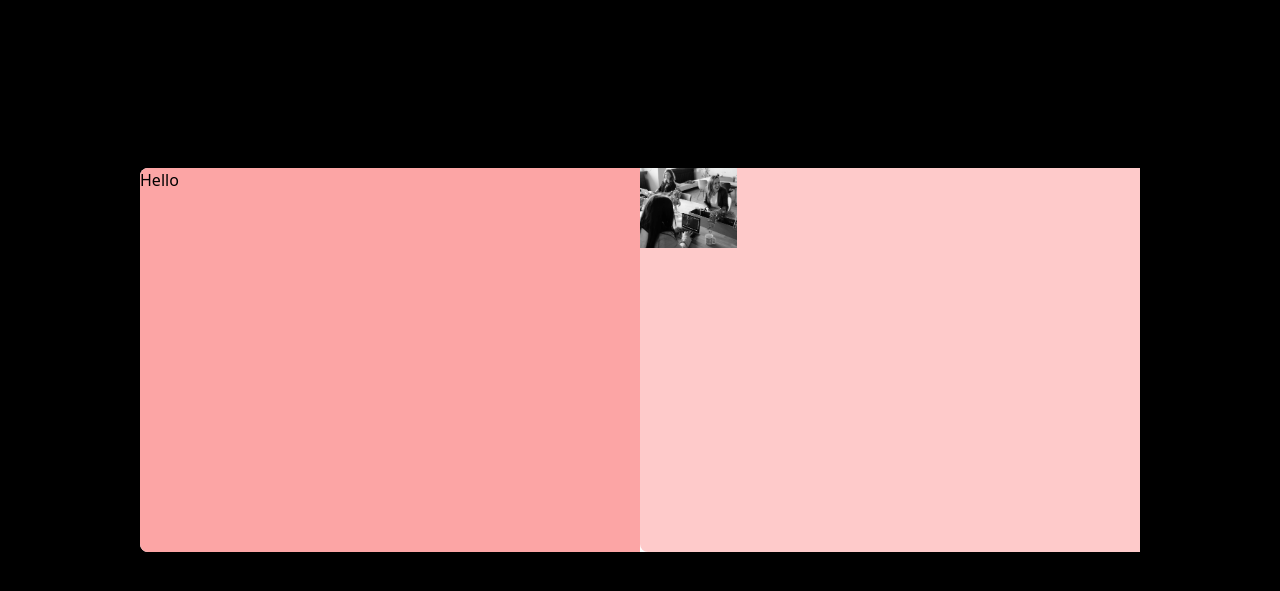
Repository: BerlinWebDev/FrontendMaster_PreviewMentor
Page: /
The author's editor kept a copy of each file at every save. The page is drawn from the files as they stood at one save, then again after the next save.
The browser window is 1280 px wide. The pictures show the whole page.
The project was rebuilt for these pictures with package versions that can differ from the ones it lists, and the page was loaded fresh each time.

Above is the page before, as saved 2023-11-11 01:24:40.

### src/App.js
import Image from "./assets/image-header-desktop.jpg";

function App() {
  return (
    <>
      <header>
        <title>Challenge</title>
        <meta name="description" content="Challenge" />
        <link rel="icon" href="/favicon.ico" />
      </header>
      <main className="flex min-h-screen flex-col items-center justify-center bg-black">
        <div className="flex h-96 w-[1000px] rounded-lg bg-white">
          <aside className="w-1/2 bg-red-300 rounded-l-lg">Hello</aside>
          <aside className="w-1/2 bg-red-200 rounded-l-lg">
            <img
              className="object-fill h-20"
              src={Image}
              alt="Header-Desktop"
            />
          </aside>
        </div>
      </main>
    </>
  );
}

export default App;

Loaded but not shown: public/index.html (common file); src/index.js (common file); src/index.css (common file); tailwind.config.js (common file)

After the next save:
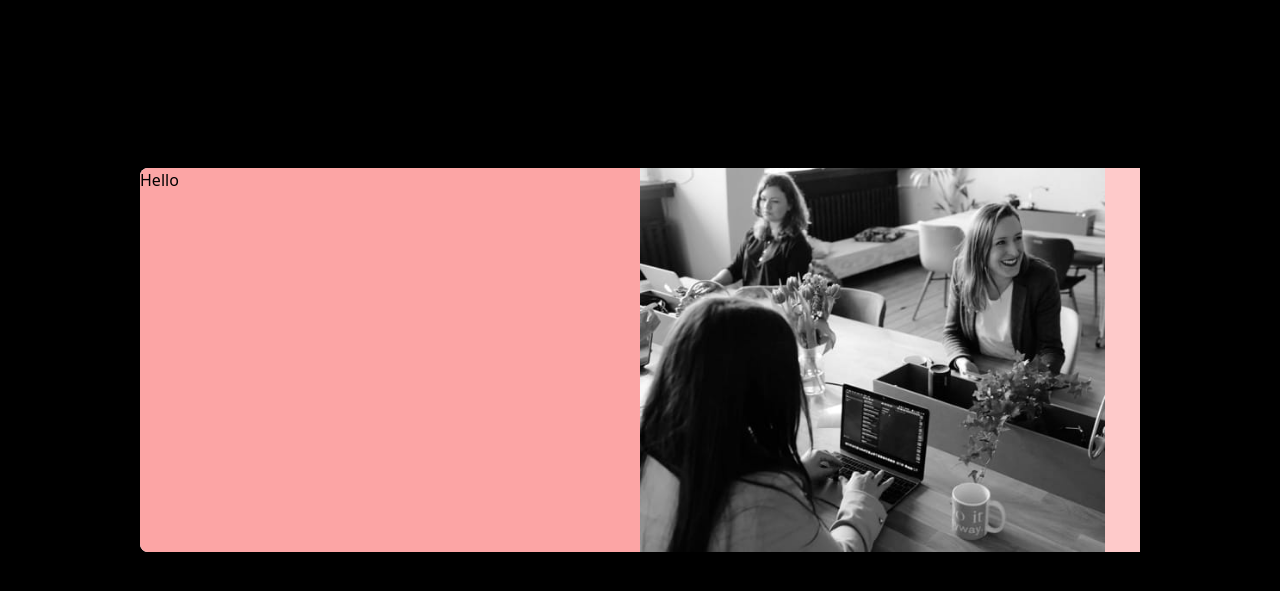
Saved 13 s later.
--- a/src/App.js
+++ b/src/App.js
@@ -13,7 +13,7 @@ function App() {
           <aside className="w-1/2 bg-red-300 rounded-l-lg">Hello</aside>
           <aside className="w-1/2 bg-red-200 rounded-l-lg">
             <img
-              className="object-fill h-20"
+              className="object-fill h-96"
               src={Image}
               alt="Header-Desktop"
             />
